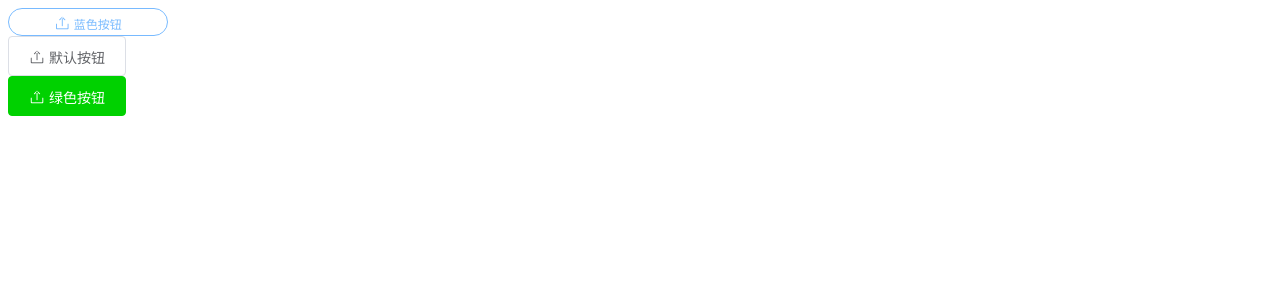
Repository: Cherry-pan/component-packing
Page: /
The author's editor kept a copy of each file at every save. The page is drawn from the files as they stood at one save, then again after the next save.
The browser window is 1280 px wide. The pictures show the whole page.
The project was rebuilt for these pictures with package versions that can differ from the ones it lists, and the page was loaded fresh each time. Also part of the build but not shown: vue.config.js.

Above is the page before, as saved 2022-04-30 15:07:44.

### index.html
<!DOCTYPE html>
<html>
  <head>
    <meta charset="utf-8">
    <meta name="viewport" content="width=device-width,initial-scale=1.0">
    <title>component-packing</title>
  </head>
  <body>
    <div id="app"></div>
    <!-- built files will be auto injected -->
  </body>
</html>

### src/main.js
// The Vue build version to load with the `import` command
// (runtime-only or standalone) has been set in webpack.base.conf with an alias.
import Vue from 'vue'
import App from './App'
import router from './router'

Vue.config.productionTip = false
// 引入icon css样式
import "./styles/icon/iconfont.css"
/* eslint-disable no-new */
new Vue({
  el: '#app',
  router,
  components: { App },
  template: '<App/>'
})

### src/styles/icon/iconfont.css
@font-face {
  font-family: "iconfont"; /* Project id 3369880 */
  src:url('iconfont.ttf?t=1651302272505') format('truetype');
}

.iconfont {
  font-family: "iconfont" !important;
  font-size: 16px;
  font-style: normal;
  -webkit-font-smoothing: antialiased;
  -moz-osx-font-smoothing: grayscale;
}

.icon-shangchuan:before {
  content: "\e600";
}

### src/components/Home.vue
<template>
  <div>
    <AButton type="primary" border round disabled size="mini" minWidth="160px">
      蓝色按钮
    </AButton>
    <AButton>
      默认按钮
    </AButton>
    <AButton type="success">
      绿色按钮
    </AButton>
  </div>
</template>

<script>
export default {
  name: "Home",
  components: {
    AButton: () => import("@/components/button/Button.vue")
  },

  data() {
    return {};
  }
};
</script>

<!-- Add "scoped" attribute to limit CSS to this component only -->
<style scoped></style>

### src/components/button/Button.vue
<template>
  <div>
    <button
      :class="[theme, isBorder, isRound, specifications]"
      :disabled="disabled"
      class="a-button"
      :style="[minWidthCss]"
    >
    <i class="iconfont icon-shangchuan"></i>
      <slot></slot>
    </button>
  </div>
</template>

<script>
export default {
  name: "Button",
  props: {
    //   类型
    type: {
      type: String,
      default: ""
    },
    // 边框
    border: Boolean, //默认是false
    // 圆角
    round: Boolean,
    // 是否禁用
    disabled: Boolean,
    size: {
      type: String,
      default: ""
    },
    minWidth: {
      type: String,
      default: ""
    }
  },
  computed: {
    // 监听变化
    theme() {
      console.log(this.type);
      // 如果有值，返回
      return this.type ? `a-button-${this.type}` : "";
    },
    isBorder() {
      return this.border ? "is-border" : "";
    },
    isRound() {
      console.log(this.round);
      return this.round ? "is-round" : "";
    },
    specifications() {
      return this.size ? `a-button-${this.size}` : "";
    },
    minWidthCss() {
        // 如果没有值，返回空，有值拼接css样式
      if (!this.minWidth) {
        return "";
      }
      return { "min-width": this.minWidth };
    }
  },
  data() {
    return {};
  },

  mounted() {},

  methods: {}
};
</script>

<style lang="scss" scoped>
.a-button {
  padding: 0 20px 0 20px;
  border-width: 1px;
  border-color: #dcdfe6;
  border-style: solid;
  border-radius: 4px;
  background-color: white;
  font-size: 14px;
  color: #606266;
  height: 40px;
  line-height: 40px;
}
// 禁用 透明度
.a-button[disabled] {
  opacity: 0.7;
  // 鼠标变成禁用
  cursor: not-allowed;
}
.a-button-primary {
  border-color: #409eff;
  background-color: #409eff;
  color: white;
  &.is-border {
    background-color: transparent;
    color: #409eff;
  }
}
.a-button-success {
  border-color: #00d100;
  background-color: #00d100;
  color: white;
  &.is-border {
    background-color: transparent;
    color: #00d100;
  }
}
.a-button-warning {
  border-color: #e6a23c;
  background-color: #e6a23c;
  color: white;
  &.is-border {
    background-color: transparent;
    color: #e6a23c;
  }
}
.a-button-danger {
  border-color: #f56c6c;
  background-color: #f56c6c;
  color: white;
  &.is-border {
    background-color: transparent;
    color: #f56c6c;
  }
}
// 圆角
.is-round {
  border-radius: 100px;
}
// 尺寸
.a-button-medium {
  height: 36px;
  line-height: 36px;
}
.a-button-small {
  height: 32px;
  line-height: 32px;
  font-size: 12px;
  padding: 0 15px 0 15px;
}
.a-button-mini {
  height: 28px;
  line-height: 28px;
  font-size: 12px;
  padding: 0 15px 0 15px;
}
</style>

Loaded but not shown: src/App.vue (common file); src/router/index.js (common file)

After the next save:
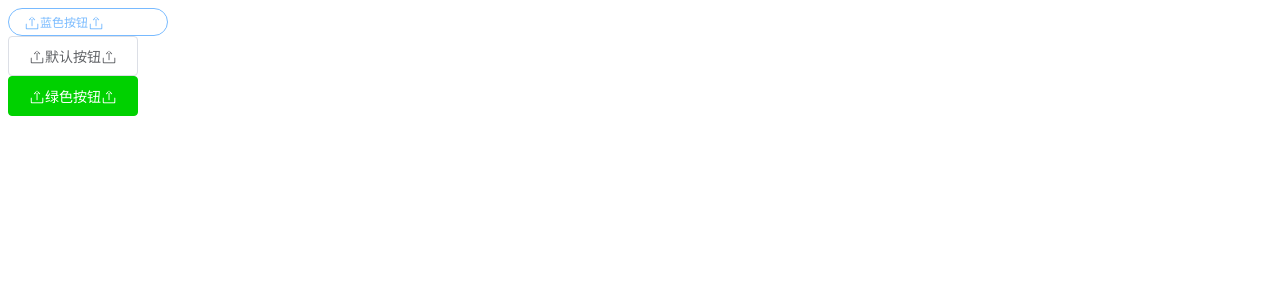
Saved 4 min 21 s later.
--- a/src/components/button/Button.vue
+++ b/src/components/button/Button.vue
@@ -6,8 +6,11 @@
       class="a-button"
       :style="[minWidthCss]"
     >
-    <i class="iconfont icon-shangchuan"></i>
-      <slot></slot>
+      <span>
+        <i class="iconfont icon-prefix icon-shangchuan"></i>
+        <slot></slot>
+        <i class="iconfont icon-suffix icon-shangchuan"></i>
+      </span>
     </button>
   </div>
 </template>
@@ -54,7 +57,7 @@ export default {
       return this.size ? `a-button-${this.size}` : "";
     },
     minWidthCss() {
-        // 如果没有值，返回空，有值拼接css样式
+      // 如果没有值，返回空，有值拼接css样式
       if (!this.minWidth) {
         return "";
       }
@@ -83,6 +86,10 @@ export default {
   color: #606266;
   height: 40px;
   line-height: 40px;
+  > span{
+      display:flex;
+      align-items: center;
+  }
 }
 // 禁用 透明度
 .a-button[disabled] {
